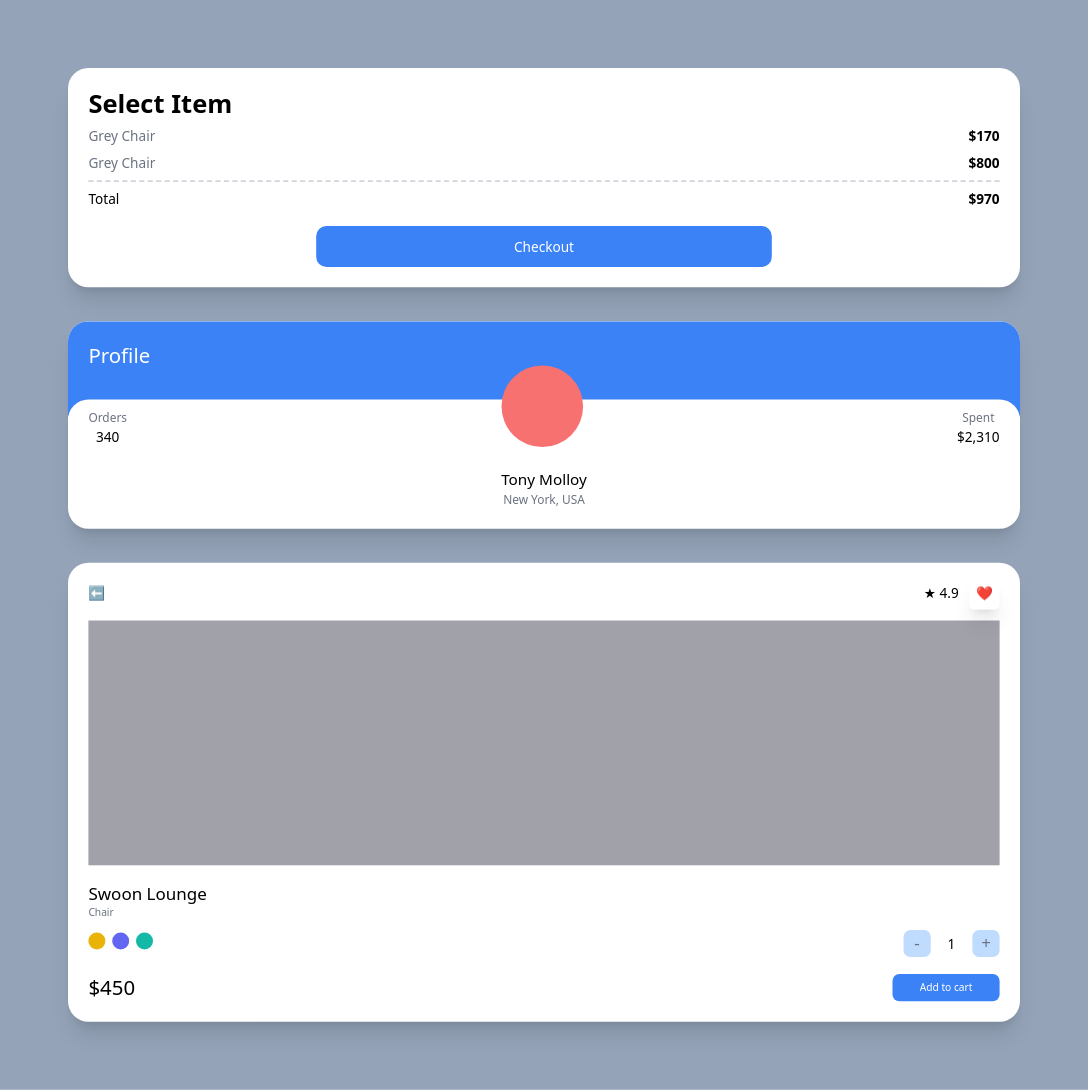
Repository: pjk0007/nextjs-carrot-marcket
Page: /
An editor plug-in stored every save of this project. The page is shown before and after the next save, followed by the edit.
The browser window is 1280 px wide. The pictures show the whole page, at 85% of full size.
The project was rebuilt for these pictures with package versions that can differ from the ones it lists, and the page was loaded fresh each time. The framework's server and built-in components were replaced by stand-ins that run in the browser. Also part of the build but not shown: next.config.js.

Above is the page before, as saved 2022-04-30 13:37:49.

After the next save:
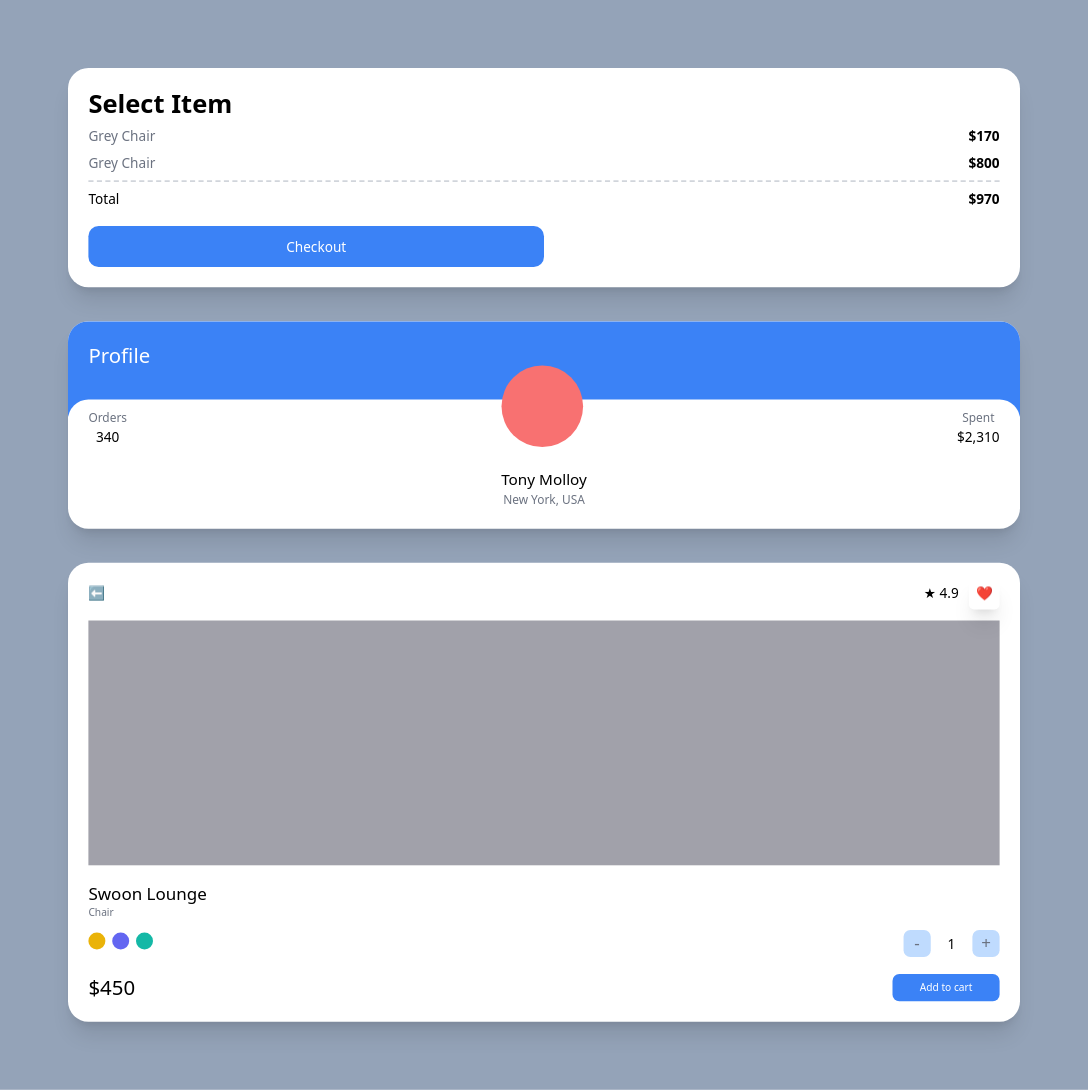
Saved 43 s later.
--- a/pages/index.tsx
+++ b/pages/index.tsx
@@ -16,7 +16,7 @@ const Home: NextPage = () => {
           <span>Total</span>
           <span className='font-semibold'>$970</span>
         </div>
-        <div className='mt-5 bg-blue-500 text-white p-3 text-center rounded-xl w-1/2 mx-auto hover:bg-teal-500'>Checkout</div>
+        <button className='mt-5 bg-blue-500 text-white p-3 text-center rounded-xl w-1/2 mx-auto hover:bg-teal-500'>Checkout</button>
       </div>
 
       <div className='bg-white overflow-hidden rounded-3xl shadow-xl'>
